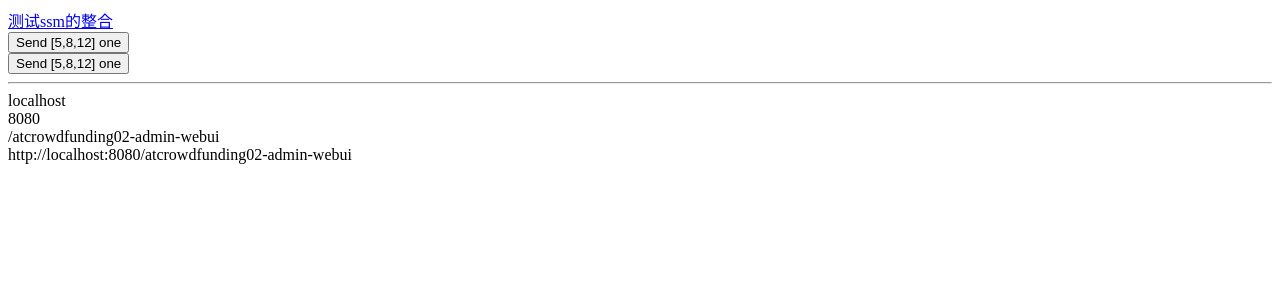
Repository: sxcyyds/scw
Page: http://localhost/atcrowdfunding02-admin-webui/
These files come from the project's save history. The page is drawn as it stood at one moment and after the next save; the edit follows.
The browser window is 1280 px wide. The pictures show the whole page.
The page is served by Tomcat 9. Nobody is signed in. The application's start-up code is not run.

Above is the page before, as saved 2022-02-14 12:59:46.

After the next save:
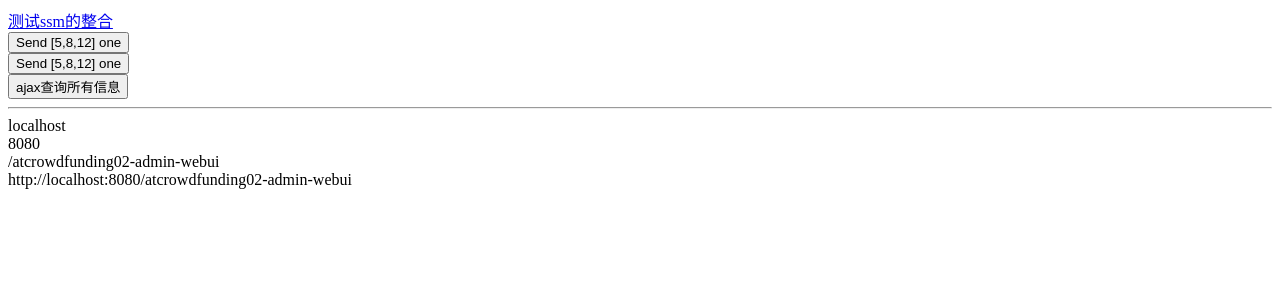
Saved 19 min 45 s later.
--- a/scw/atcrowdfunding01-admin-parent/atcrowdfunding02-admin-webui/src/main/webapp/index.jsp
+++ b/scw/atcrowdfunding01-admin-parent/atcrowdfunding02-admin-webui/src/main/webapp/index.jsp
@@ -61,7 +61,8 @@
 
 <button id="btn1">Send [5,8,12] one</button><br>
 
-<button id="btn3">Send [5,8,12] one</button>
+<button id="btn3">Send [5,8,12] one</button><br>
+<button id="btn4">ajax查询所有信息</button>
 <hr/>
 ${ pageContext.request.serverName }<br>
 ${ pageContext.request.serverPort }<br>
